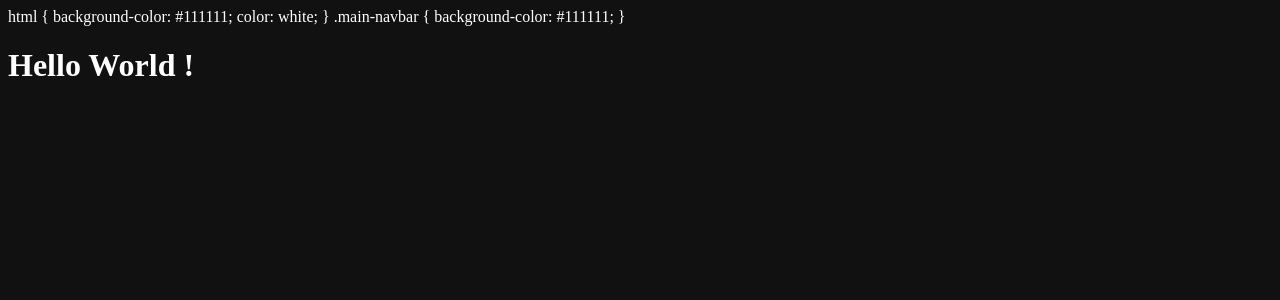
Repository: lolo298/lolo298.github.io
Page: index.html
The author's editor kept a copy of each file at every save. The page is drawn from the files as they stood at one save, then again after the next save.
The browser window is 1280 px wide. The pictures show the whole page.

Above is the page before, as saved 2022-05-09 16:23:11.

After the next save:
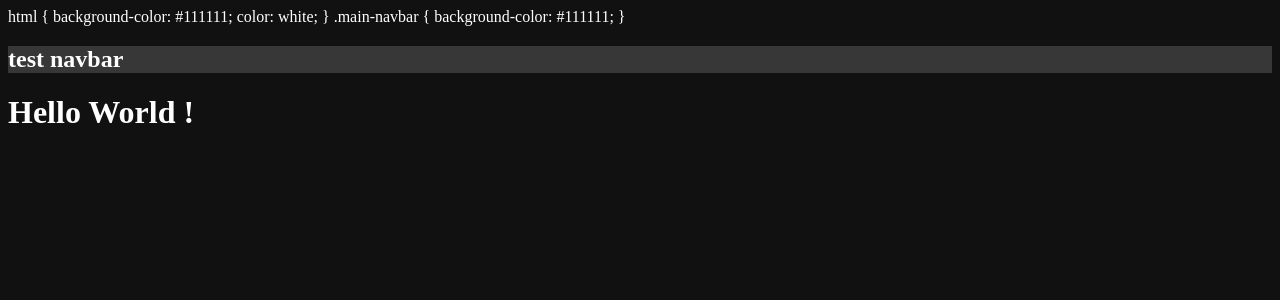
Saved 22 s later.
--- a/index.html
+++ b/index.html
@@ -6,7 +6,7 @@ html { background-color: #111111; color: white; } .main-navbar { background-colo
 <body>
     <div class="main-container">
         <nav class="main-navbar">
-
+            <h2>test navbar</h2>
         </nav>
         <h1>Hello World !</h1>
 
